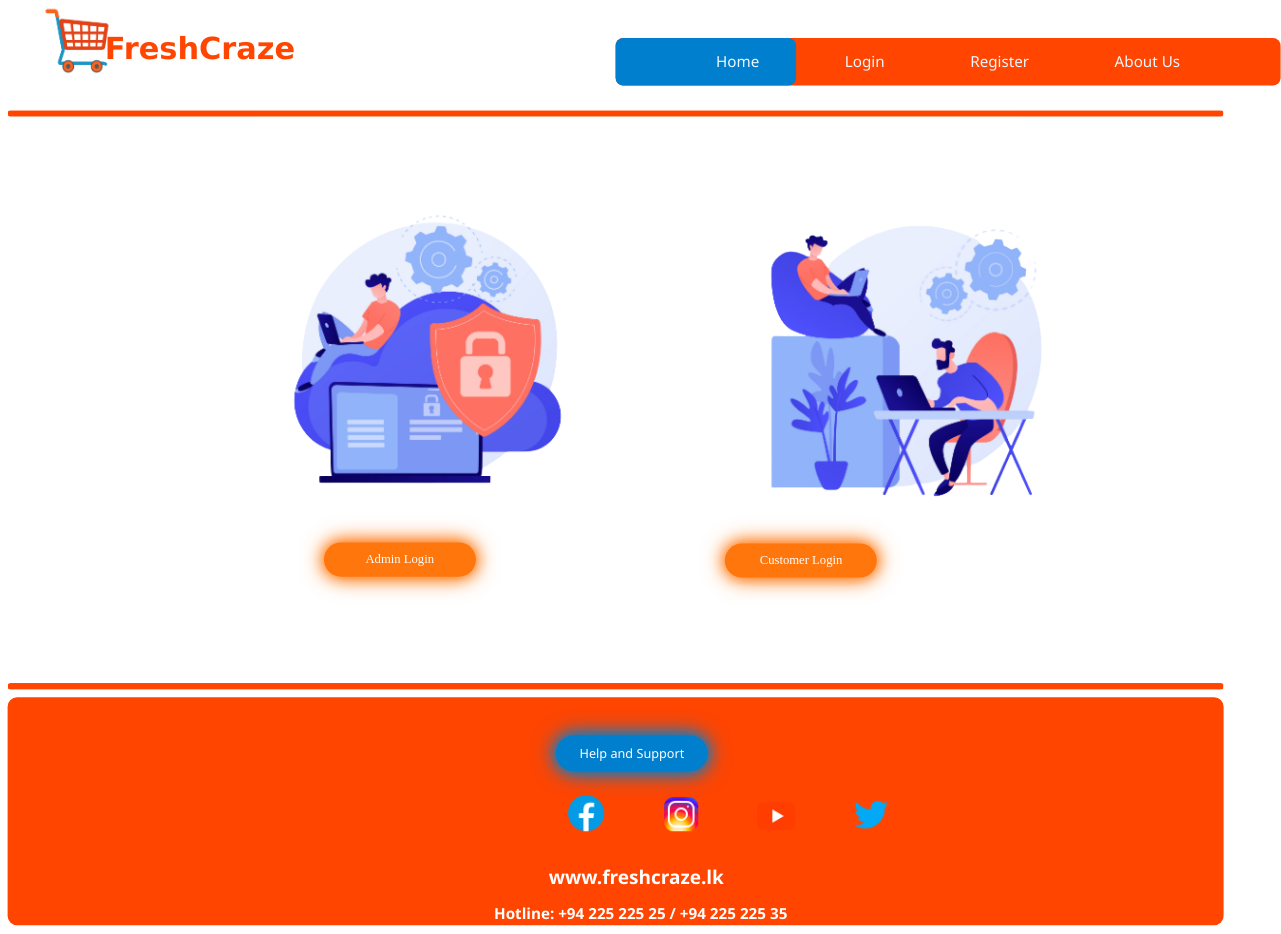
Repository: shanika2002/FreshCraze
Page: http://localhost/itemDem/mainLogin.jsp
The author's editor kept a copy of each file at every save. The page is drawn from the files as they stood at one save, then again after the next save.
The browser window is 1280 px wide. The page is 1348 px wide, so the pictures cover 1348 px, including what lies to the right of the window. The pictures show the whole page, at 95% of full size.
The page is served by Tomcat 9. Other server files are loaded and not shown.

Above is the page before, as saved 2024-05-10 09:00:35.

### itemDem/src/main/webapp/mainLogin.jsp
<%@ page language="java" contentType="text/html; charset=ISO-8859-1"
    pageEncoding="ISO-8859-1"%>
<!DOCTYPE html>
<html>
<head>
<link rel = "stylesheet" href = "css/mainLogin.css">
<meta charset="ISO-8859-1">
<title>Insert title here</title>
</head>
<body>

<img src="images\logo.png" class="logo" >

    <h1 class="logo_topic">FreshCraze</h1>

    <nav class="navbar">
        <a href="home page.html">Home</a>
        <a href="Login page.html">Login</a>
        <a href="customer registration.html">Register</a>
        <a href="about us page.html">About Us</a>
        <span></span>
    </nav>

<hr class="topic_line">

<img src="images\dlog.png" class="dlogo" >
<img src="images\slog.png" class="slogo" >
<div class = "dlogging">


    <button href = "login.jsp" type="button" class="donorlogin">Admin Login</button>

</div>

<div class = "slogging">

    <button type="button" class="stafflogin">Customer Login</button>

</div>

<br>
<br>
<br>
<br>

<hr class="footer_line">

<div class="footer">
    <a href="link" target="_blank">
    <button type="button" class="help_button">Help and Support</button>
    </a>

    <div class="fb_icon">
        <a href="https://www.facebook.com/" target="_blank"><img src="images/facebook.png"></a>
    </div>

    <div class="insta_icon">
        <a href="https://www.instagram.com/" target="_blank"><img src="images/insta.png"></a>
    </div>

    <div class="twitt_icon">
        <a href="https://www.twitter.com/" target="_blank"><img src="images/Twitter.png"></a>
    </div>

    <div class="yt_icon">
        <a href="https://www.youtube.com/" target="_blank"><img src="images/yt.png"></a>
    </div>
</div>

<div class="contacts">
    <h1 class="link">www.freshcraze.lk</h1>
    <h1>Hotline: +94 225 225 25 / +94 225 225 35</h1>
</div>


</body>
</html>

### itemDem/src/main/webapp/css/mainLogin.css
@charset "ISO-8859-1";

body{
    background-color: #ffffff;
    background-repeat: no-repeat;
    background-attachment: fixed;
    background-position: center;
    width: 100%;
}

.logo{
    width: 70px;
    height: 70px;
    margin-left: 3%;
}

.logo_topic{
    font-family: verdana;
    margin-left: 8%;
    margin-top: -3.9%;
    color: orangered;
}

.navbar{
    margin-left:50%;
    margin-top:-4%;
    padding: 0;
    box-sizing: border-box;
    font-family: 'Segoe UI';
    display: flex;
    justify-content:center;
    align-items: center;
    min-height: 5vh;

    position:relative;
    background-color: orangered;
    border-radius: 8px;
    width: 700px;
    height: 50px;
    display: flex;
}

nav a{
    position: relative;
    display: inline-block;
    font-size: 1em;
    font-weight: 500;
    color: aliceblue;
    text-decoration: none;
    padding: 45px;
    z-index: 1;
}

nav span{
    position: absolute;
    top: 0;
    left: 0;
    width: 190px;
    height: 100%;
    background-color:rgb(0, 127, 206);
    border-radius: 8px;
    transition: .3s;
}

nav a:nth-child(1):hover~span{
    left: 0;
    width: 190px;
}

nav a:nth-child(2):hover~span{
    left: 190px;
    width: 150px;
}

nav a:nth-child(3):hover~span{
    left:330px;
    width: 150px;
}

nav a:nth-child(4):hover~span{
    left: 470px;
    width: 230px;
}

.topic_line{
    border: none;
    margin-top: 2%;
    border-top: 7px solid orangered;
    border-radius: 10px;
}

.help_button{
    box-shadow:0 0 15px rgb(0, 127, 206),0 0 25px rgb(0, 127, 206);
    border: none;
    width: 160px;
    margin-left: 44%;
    font-family: 'Segoe UI';
    padding: 10px 12px;
    color: #ffffff;
    background-color:rgb(0, 127, 206);
    border-radius: 20px;
}

.help_button:hover{
    box-shadow: 0 0 25px rgb(0, 127, 206);
}

.fb_icon{
    margin-left: 560px;
    margin-top: 20px;
}

.insta_icon{
    margin-left: 660px;
    margin-top: -51px;
}

.yt_icon{
    margin-left: 760px;
    margin-top: -51px;
}

.twitt_icon{
    margin-left: 860px;
    margin-top: -51px;
}

.footer{
    height: 200px;
    background-color: orangered;
    padding-top: 40px;
    padding-left: 25px;
    border-radius: 10px;
}

.footer_line{
    border: none;
    margin-top: 3%;
    border-top: 7px solid orangered;
    border-radius: 10px;
}

.contacts{
    font-size: 8px;
    color:rgb(255, 255, 255);
    font-family: 'Segoe UI';
    margin-left: 40%;
    margin-top: -5%;
}

.link{
    font-size: 20px ;
    margin-top: -6%;
    margin-left: 7.5%;
}

.dlogging{
    margin-left: 26%;
    margin-top: -5%;
}

.slogging{
    margin-left: 59%;
    margin-top: -2.7%;
}

.stafflogin{
    box-shadow:0 0 15px rgb(255, 118, 13),0 0 25px rgb(255, 118, 13);
    border: none;
    width: 160px;
    font-family: oswald;
    padding: 10px 12px;
    color: #ffffff;
    background-color:rgb(255, 118, 13);
    border-radius: 20px;
}

.stafflogin:hover{
    box-shadow: 0 0 45px rgb(255, 118, 13);
}

.dlogo{
    margin-left: 15%;
    margin-top: -5%;
}

.donorlogin{
    box-shadow:0 0 15px rgb(255, 118, 13),0 0 25px rgb(255, 118, 13);
    border: none;
    width: 160px;
    font-family: oswald;
    padding: 10px 12px;
    color: #ffffff;
    background-color:rgb(255, 118, 13);
    border-radius: 20px;
}

.donorlogin:hover{
    box-shadow: 0 0 45px rgb(255, 118, 13);
}

After the next save:
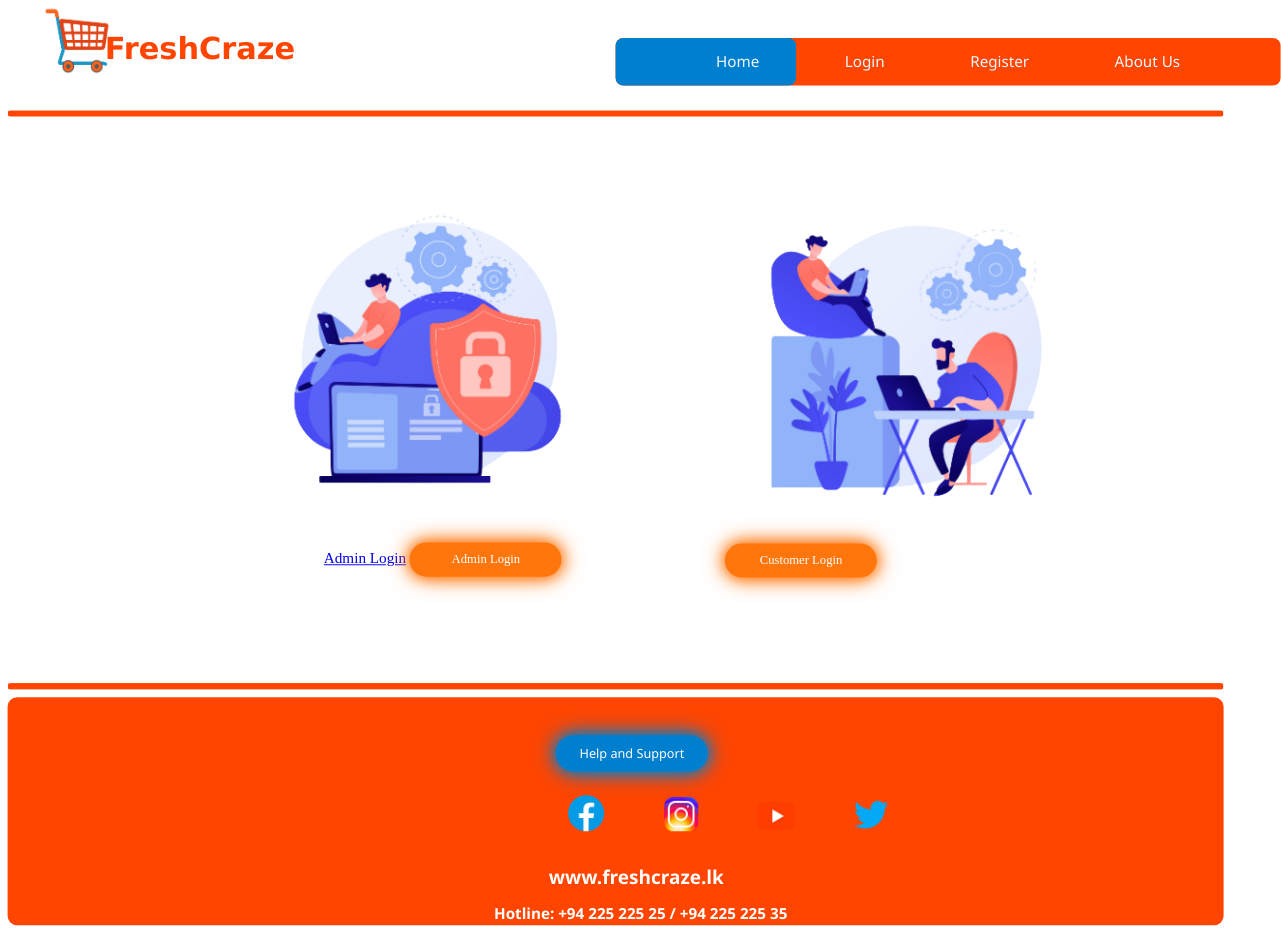
Saved 82 s later.
--- a/itemDem/src/main/webapp/mainLogin.jsp
+++ b/itemDem/src/main/webapp/mainLogin.jsp
@@ -27,8 +27,8 @@
 <img src="images\slog.png" class="slogo" >
 <div class = "dlogging">
 
-
-    <button href = "login.jsp" type="button" class="donorlogin">Admin Login</button>
+    <a href="login.jsp">Admin Login</a>
+    <button type="button" class="donorlogin">Admin Login</button>
 
 </div>
 
